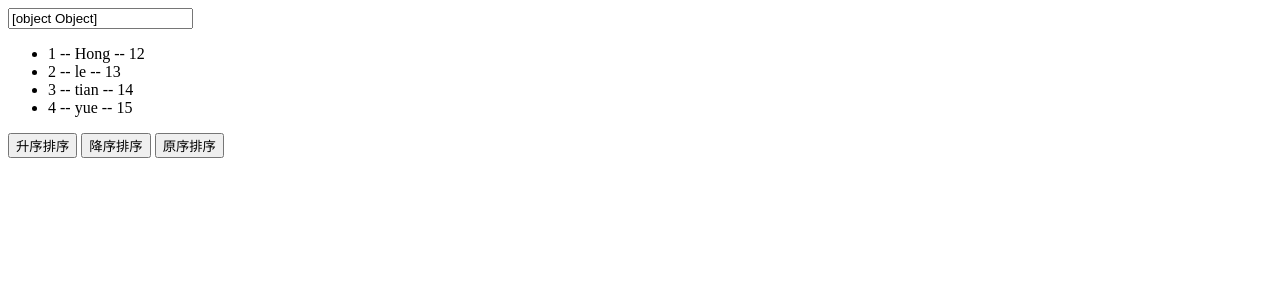
Repository: CodeHuai/vue_note
Page: 练习/index.html
An editor plug-in stored every save of this project. The page is shown before and after the next save, followed by the edit.
The browser window is 1280 px wide. The pictures show the whole page.

Above is the page before, as saved 2021-07-06 18:01:12.

After the next save:
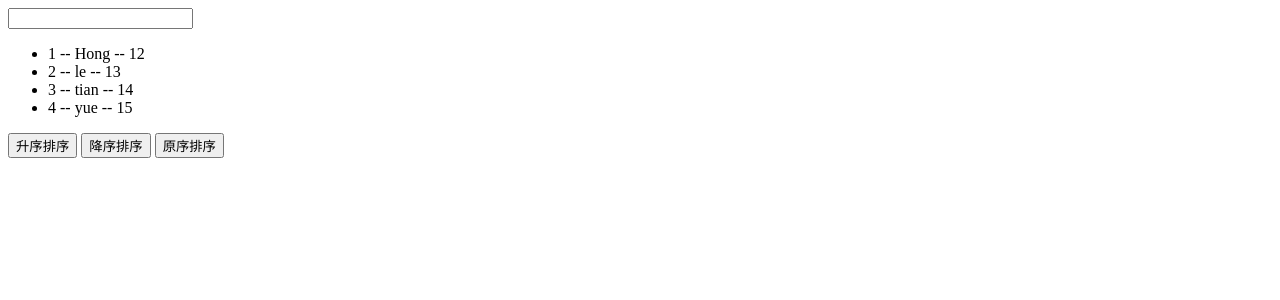
Saved 2 min 13 s later.
--- a/练习/index.html
+++ b/练习/index.html
@@ -11,7 +11,7 @@
 
 <body>
     <div id="app">
-        <input type="text" v-model='computed'>
+        <input type="text" v-model='info'>
         <ul>
             <li v-for='(item, index) in persons'>
                 {{item.id}} -- {{item.name}} -- {{item.age}}
